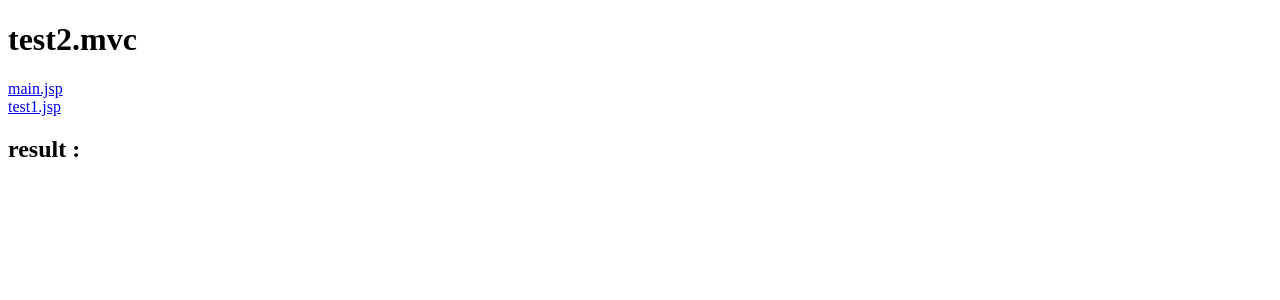
Repository: nxx5xxx/spring
Page: http://localhost/Test/test2.jsp
The author's editor kept a copy of each file at every save. The page is drawn from the files as they stood at one save, then again after a run of saves.
The browser window is 1280 px wide. The pictures show the whole page.
The page is served by Tomcat 9. Other server files are loaded and not shown.

Above is the page before, as saved 2023-06-02 05:50:56.

### Test/WebContent/test2.jsp
<%@ page language="java" contentType="text/html; charset=UTF-8"
    pageEncoding="UTF-8"%>
<!DOCTYPE html>
<html>
<head>
<meta charset="UTF-8">
<title>Insert title here</title>
</head>
<body>
	<h1>test2.mvc</h1>
	<a href="main.mvc">main.jsp</a><br>
	<a href="test1.mvc">test1.jsp</a><br>
	<h2> result : ${result }</h2>
</body>
</html>

After the next 2 saves:
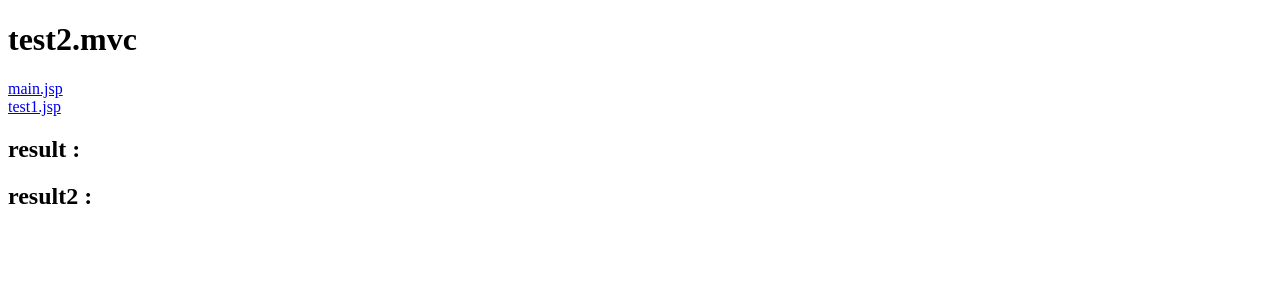
The 2 saves are shown as one change because they came seconds apart.
The last was saved 14 s later.
--- a/Test/WebContent/test2.jsp
+++ b/Test/WebContent/test2.jsp
@@ -11,5 +11,6 @@
 	<a href="main.mvc">main.jsp</a><br>
 	<a href="test1.mvc">test1.jsp</a><br>
 	<h2> result : ${result }</h2>
+	<h2> result2 : ${result2 }</h2>
 </body>
 </html>
